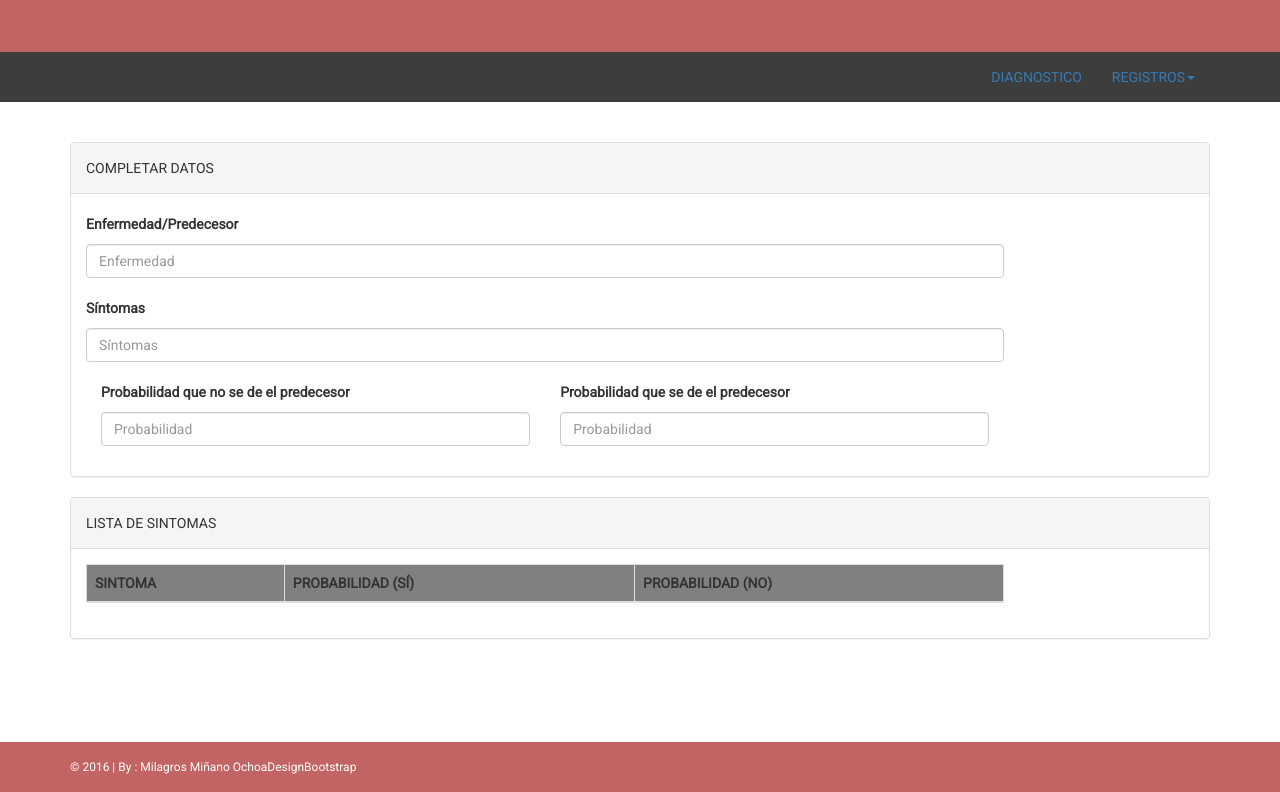
Repository: Mili10/PROYECTOII
Page: http://localhost/Capa_Presentación/frmRegistroSintoma.jsp
These files come from the project's save history. The page is drawn as it stood at one moment and after the next save; the edit follows.
The browser window is 1280 px wide. The pictures show the whole page.
The page is served by Tomcat 9.

Above is the page before, as saved 2016-05-16 06:55:31.

After the next save:
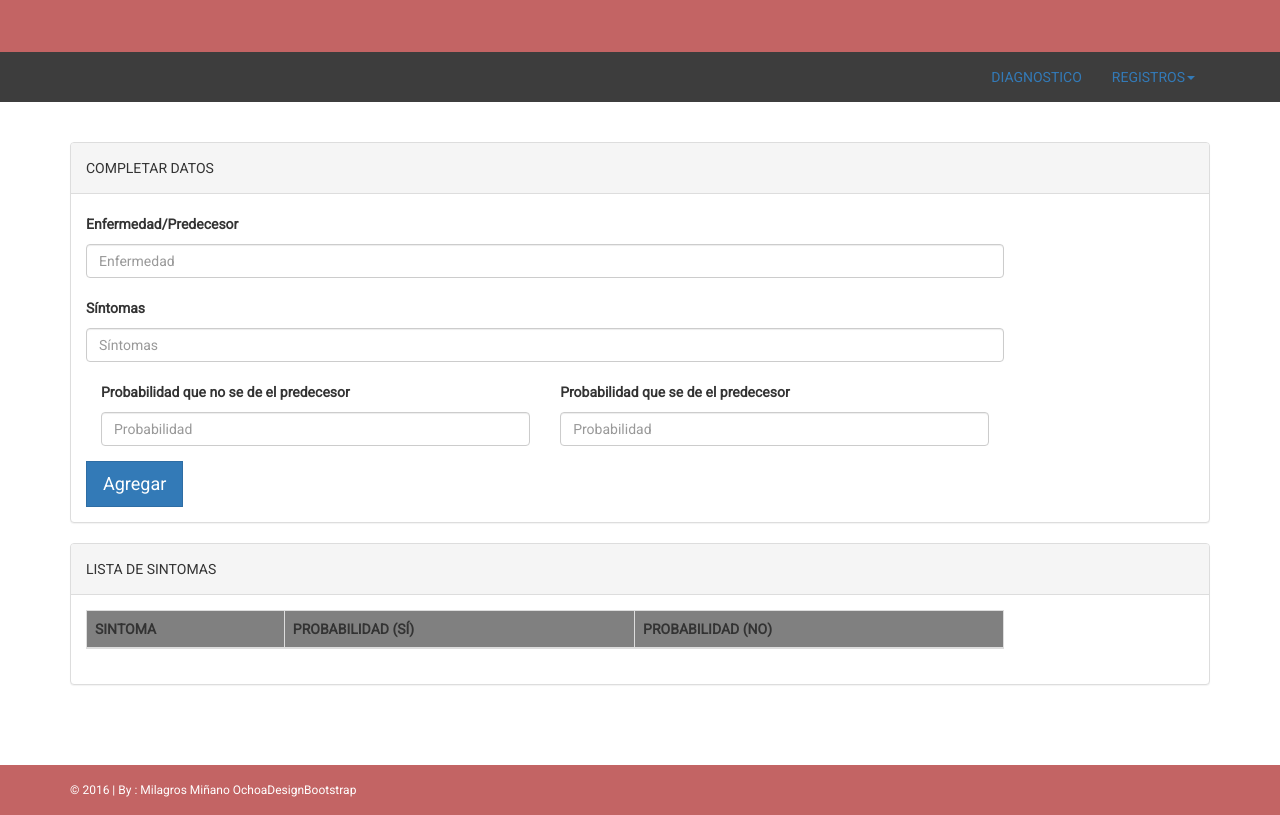
Saved 6 min 17 s later.
--- a/sistema_experto_web/Capa_Presentación/WebContent/frmRegistroSintoma.jsp
+++ b/sistema_experto_web/Capa_Presentación/WebContent/frmRegistroSintoma.jsp
@@ -41,6 +41,9 @@
 						    <input class="form-control" placeholder="Probabilidad">
 						  </div>
 						  </div>
+						  <button class="btn btn-primary btn-lg" data-toggle="modal" data-target="#myModal">
+                              Agregar
+                            </button>
 						 </form>
 						</div>
 					  </div>
